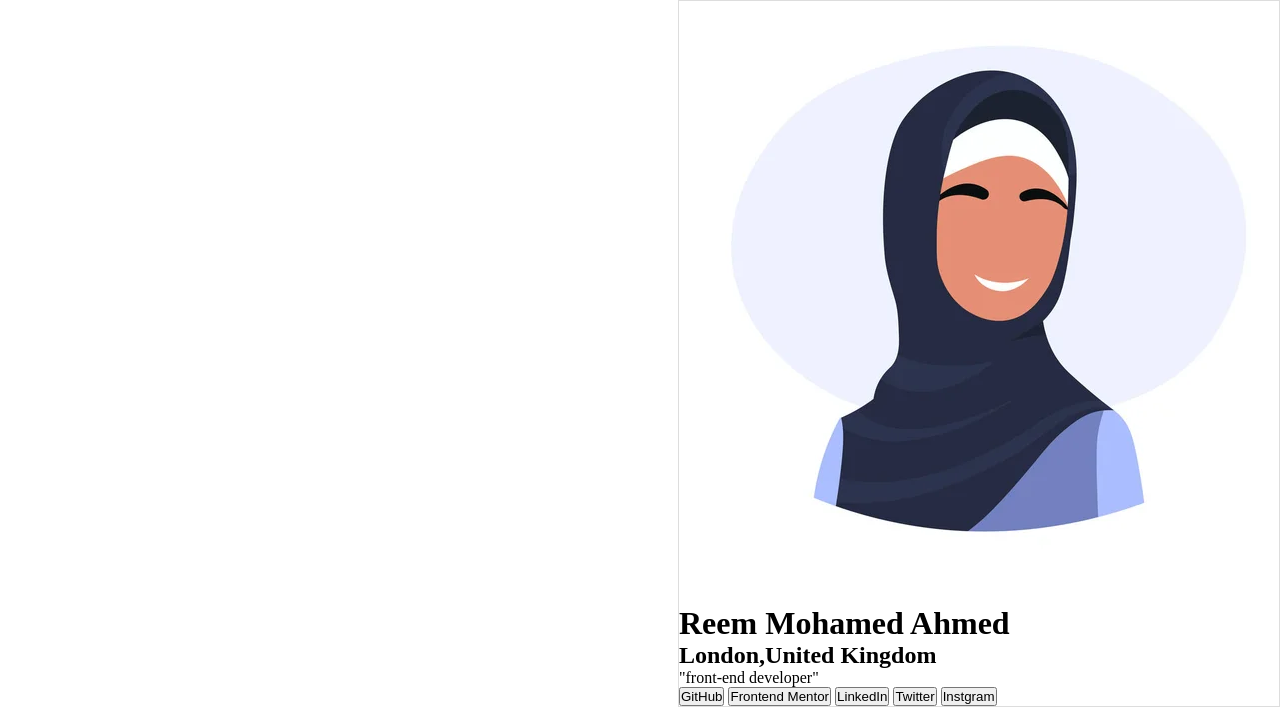
Repository: reemoon-ctrl/social_links_profile_main
Page: index.html
These files come from the project's save history. The page is drawn as it stood at one moment and after the next save; the edit follows.
The browser window is 1280 px wide. The pictures show the whole page.

Above is the page before, as saved 2024-07-23 09:27:57.

After the next save:
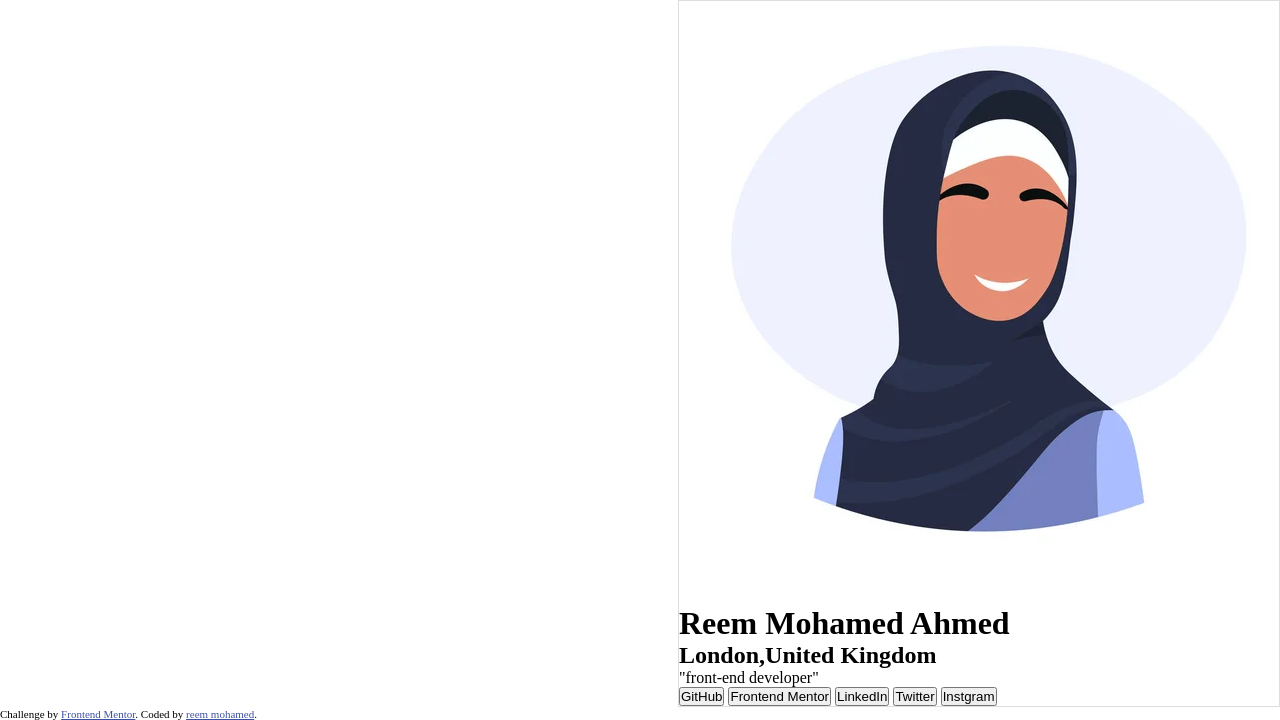
Saved 3 min 35 s later.
--- a/index.css
+++ b/index.css
@@ -3,6 +3,7 @@
     margin:0px;
     padding: 0px;
 }
+htmgggggg
 body{
     position: relative;
     min-height: 100%;

After the save that followed:
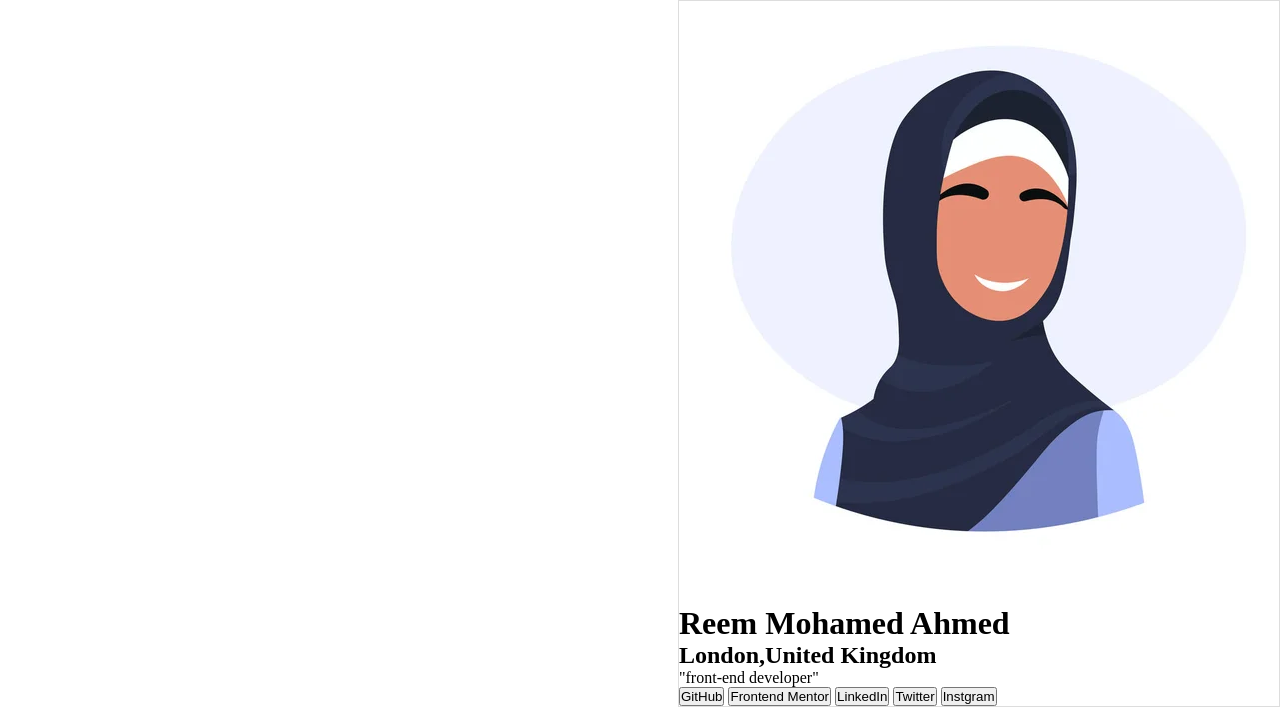
Saved 4 s later.
--- a/index.css
+++ b/index.css
@@ -3,7 +3,9 @@
     margin:0px;
     padding: 0px;
 }
-htmgggggg
+html{
+
+}
 body{
     position: relative;
     min-height: 100%;
